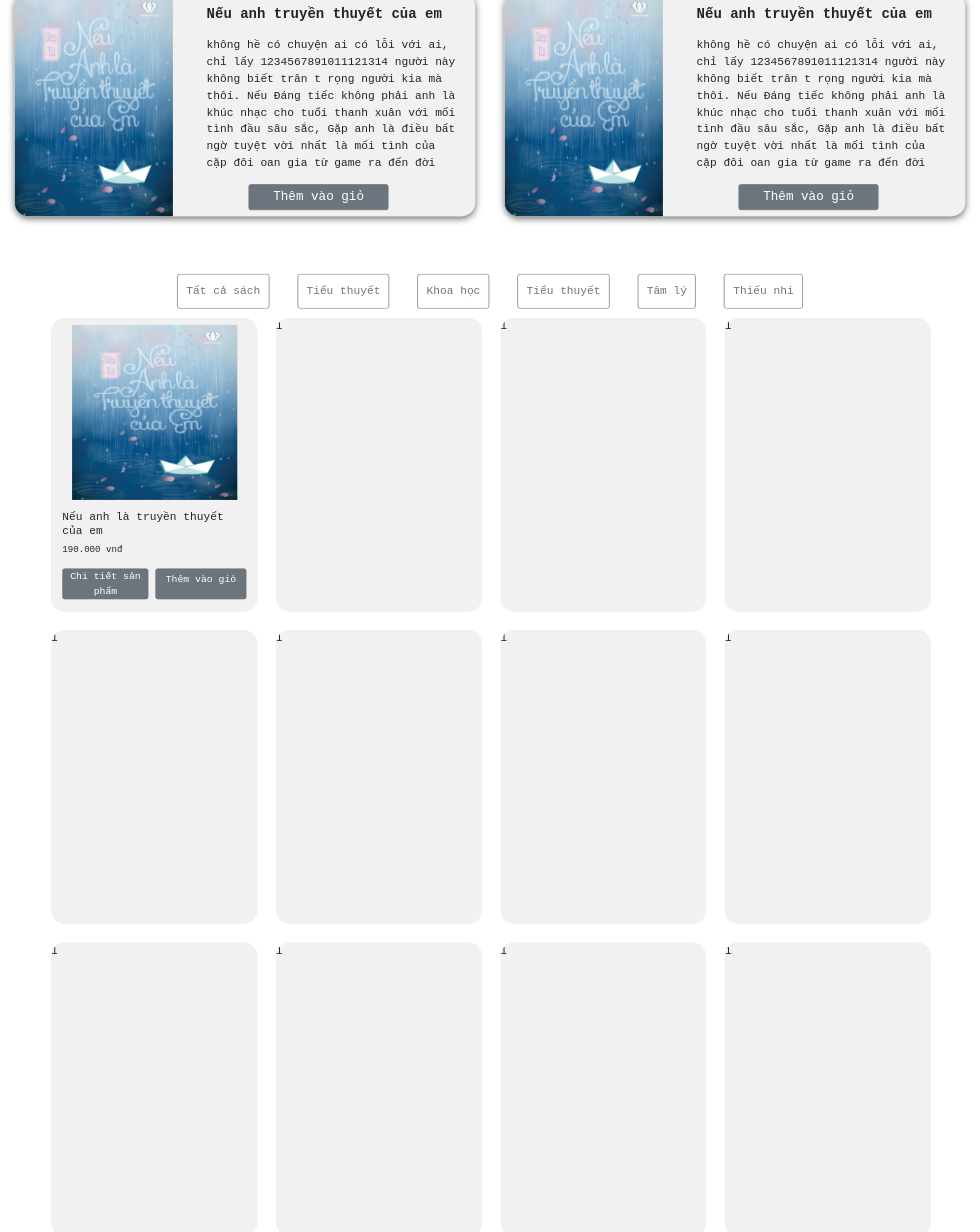
Repository: VuNgocLong2626/exercise_web_CT428
Page: VuNgocLongB1805784/user/test.html
The author's editor kept a copy of each file at every save. The page is drawn from the files as they stood at one save, then again after the next save.
The browser window is 1280 px wide. The page is 1400 px wide, so the pictures cover 1400 px, including what lies to the right of the window. The pictures show the part of the page from y = 803 to 2563 px (the page is 3000 px tall), at 70% of full size.

Above is the page before, as saved 2021-10-04 14:59:04.

After the next save:
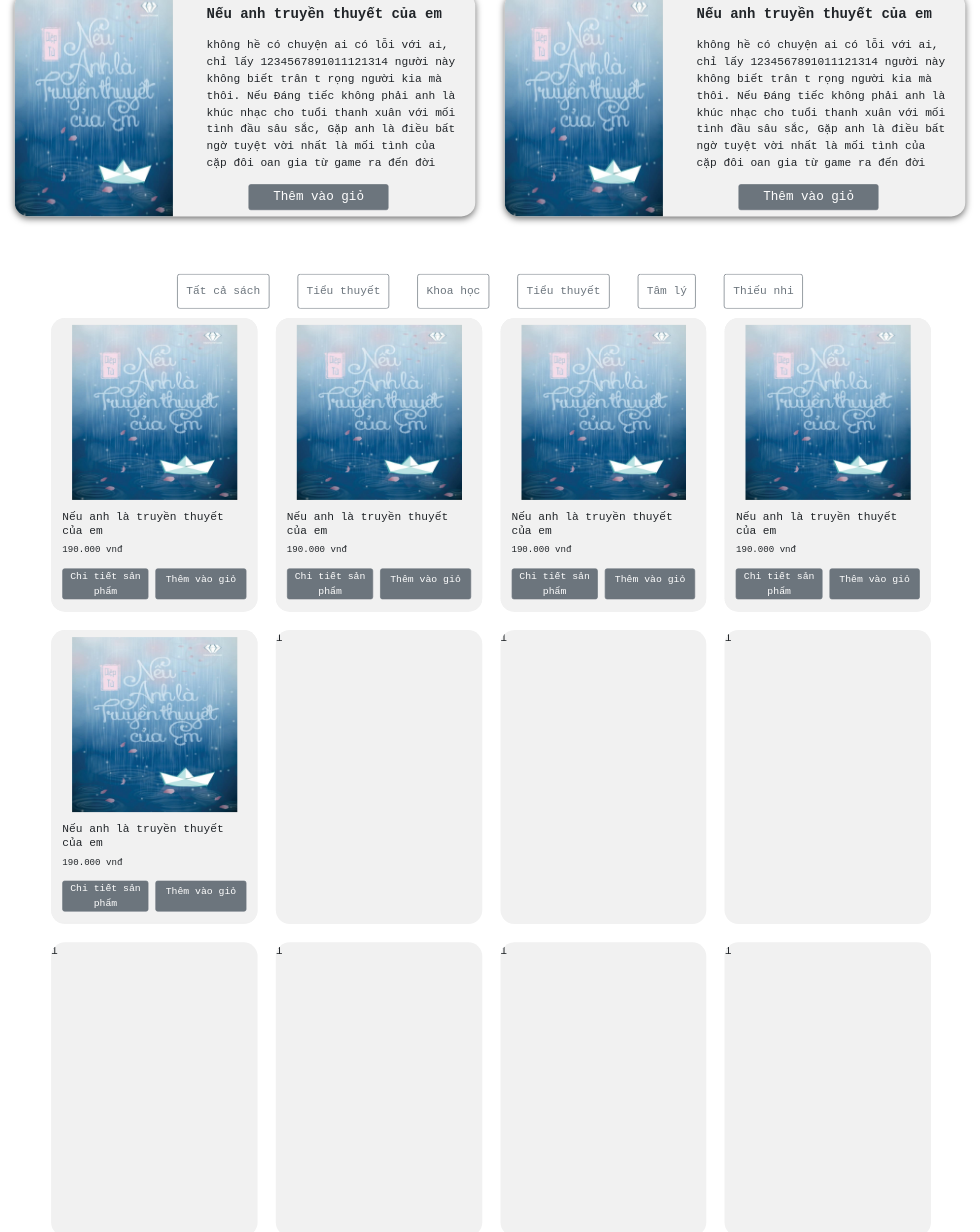
Saved 6 min 20 s later.
--- a/VuNgocLongB1805784/user/test.html
+++ b/VuNgocLongB1805784/user/test.html
@@ -91,10 +91,66 @@
                         </div>
                     </div>
                 </div>
-                <div class="books">1</div>
-                <div class="books">1</div>
-                <div class="books">1</div>
-                <div class="books">1</div>
+                <div class="books">
+                    <div class="card" style="width: 100%; border: none; background-color: #f1f1f1;">
+                        <div>
+                            <img src="./image/TT1.jpg" alt="..." style="height: 250px;width: 80%;margin-left: 30px; margin-top: 10px;">
+                        </div>
+                        <div class="card-body" style="font-size: 13px;">
+                            <h6 class="card-title">Nếu anh là truyền thuyết của em</h6>
+                            <p>190.000 vnđ</p>
+                            <div style="display: flex;">
+                                <a href="#" class="btn btn-secondary btn-sm" style="margin-right: 10px;padding: 0px;width: 200px;">Chi tiết sản phẩm</a>
+                                <a href="#" class="btn btn-secondary btn-sm" style="width: 200px;">Thêm vào giỏ</a>
+                            </div>
+                        </div>
+                    </div>
+                </div>
+                <div class="books">
+                    <div class="card" style="width: 100%; border: none; background-color: #f1f1f1;">
+                        <div>
+                            <img src="./image/TT1.jpg" alt="..." style="height: 250px;width: 80%;margin-left: 30px; margin-top: 10px;">
+                        </div>
+                        <div class="card-body" style="font-size: 13px;">
+                            <h6 class="card-title">Nếu anh là truyền thuyết của em</h6>
+                            <p>190.000 vnđ</p>
+                            <div style="display: flex;">
+                                <a href="#" class="btn btn-secondary btn-sm" style="margin-right: 10px;padding: 0px;width: 200px;">Chi tiết sản phẩm</a>
+                                <a href="#" class="btn btn-secondary btn-sm" style="width: 200px;">Thêm vào giỏ</a>
+                            </div>
+                        </div>
+                    </div>
+                </div>
+                <div class="books">
+                    <div class="card" style="width: 100%; border: none; background-color: #f1f1f1;">
+                        <div>
+                            <img src="./image/TT1.jpg" alt="..." style="height: 250px;width: 80%;margin-left: 30px; margin-top: 10px;">
+                        </div>
+                        <div class="card-body" style="font-size: 13px;">
+                            <h6 class="card-title">Nếu anh là truyền thuyết của em</h6>
+                            <p>190.000 vnđ</p>
+                            <div style="display: flex;">
+                                <a href="#" class="btn btn-secondary btn-sm" style="margin-right: 10px;padding: 0px;width: 200px;">Chi tiết sản phẩm</a>
+                                <a href="#" class="btn btn-secondary btn-sm" style="width: 200px;">Thêm vào giỏ</a>
+                            </div>
+                        </div>
+                    </div>
+                </div>
+                <div class="books">
+                    <div class="card" style="width: 100%; border: none; background-color: #f1f1f1;">
+                        <div>
+                            <img src="./image/TT1.jpg" alt="..." style="height: 250px;width: 80%;margin-left: 30px; margin-top: 10px;">
+                        </div>
+                        <div class="card-body" style="font-size: 13px;">
+                            <h6 class="card-title">Nếu anh là truyền thuyết của em</h6>
+                            <p>190.000 vnđ</p>
+                            <div style="display: flex;">
+                                <a href="#" class="btn btn-secondary btn-sm" style="margin-right: 10px;padding: 0px;width: 200px;">Chi tiết sản phẩm</a>
+                                <a href="#" class="btn btn-secondary btn-sm" style="width: 200px;">Thêm vào giỏ</a>
+                            </div>
+                        </div>
+                    </div>
+                </div>
                 <div class="books">1</div>
                 <div class="books">1</div>
                 <div class="books">1</div>
